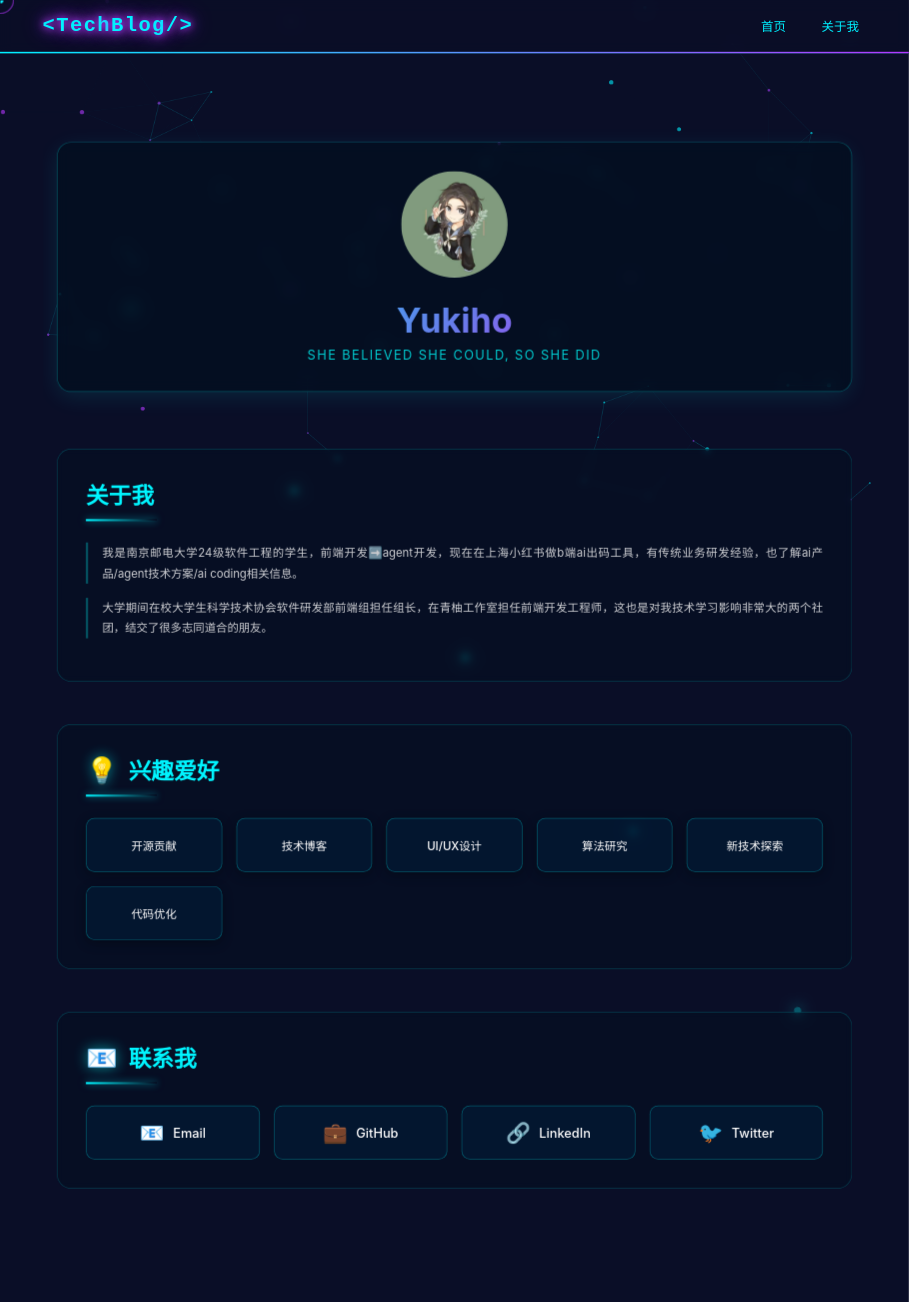
Repository: kyukiho/blog
Page: /about
The author's editor kept a copy of each file at every save. The page is drawn from the files as they stood at one save, then again after the next save.
The browser window is 1280 px wide. The pictures show the whole page, at 71% of full size.
The project was rebuilt for these pictures with package versions that can differ from the ones it lists, and the page was loaded fresh each time. Also part of the build but not shown: vite.config.js, src/components/BlogList.css, src/components/BlogList.jsx, src/components/BlogDetail.css, src/components/BlogDetail.jsx.

Above is the page before, as saved 2026-03-15 22:03:08.

### index.html
<!DOCTYPE html>
<html lang="zh-CN">
  <head>
    <meta charset="UTF-8" />
    <link rel="icon" type="image/svg+xml" href="/vite.svg" />
    <meta name="viewport" content="width=device-width, initial-scale=1.0" />
    <title>科技博客 - Tech Blog</title>
  </head>
  <body>
    <div id="root"></div>
    <script type="module" src="/src/main.jsx"></script>
  </body>
</html>

### src/App.jsx
import React, { useState, useEffect } from 'react'
import { BrowserRouter as Router, Routes, Route } from 'react-router-dom'
import { motion } from 'framer-motion'
import Header from './components/Header'
import BlogList from './components/BlogList'
import BlogDetail from './components/BlogDetail'
import About from './components/About'
import ParticleBackground from './components/ParticleBackground'
import MouseFollower from './components/MouseFollower'
import './App.css'

function App() {
  return (
    <Router>
      <div className="app">
        <ParticleBackground />
        <MouseFollower />
        <Header />
        <motion.main
          initial={{ opacity: 0 }}
          animate={{ opacity: 1 }}
          transition={{ duration: 0.5 }}
          className="main-content"
        >
          <Routes>
            <Route path="/" element={<BlogList />} />
            <Route path="/blog/:id" element={<BlogDetail />} />
            <Route path="/about" element={<About />} />
          </Routes>
        </motion.main>
      </div>
    </Router>
  )
}

export default App

### src/index.css
* {
  margin: 0;
  padding: 0;
  box-sizing: border-box;
}

:root {
  --bg-primary: #0a0e27;
  --bg-secondary: #151932;
  --text-primary: #e0e6ff;
  --text-secondary: #a0a8cc;
  --accent-cyan: #00f0ff;
  --accent-purple: #b537ff;
  --accent-pink: #ff006e;
  --gradient-1: linear-gradient(135deg, #00f0ff 0%, #b537ff 100%);
  --gradient-2: linear-gradient(135deg, #b537ff 0%, #ff006e 100%);
}

body {
  font-family: -apple-system, BlinkMacSystemFont, 'Segoe UI', 'Roboto', 'Oxygen',
    'Ubuntu', 'Cantarell', 'Fira Sans', 'Droid Sans', 'Helvetica Neue',
    sans-serif;
  -webkit-font-smoothing: antialiased;
  -moz-osx-font-smoothing: grayscale;
  background-color: var(--bg-primary);
  color: var(--text-primary);
  overflow-x: hidden;
}

code {
  font-family: source-code-pro, Menlo, Monaco, Consolas, 'Courier New',
    monospace;
}

a {
  color: var(--accent-cyan);
  text-decoration: none;
  transition: color 0.3s ease;
}

a:hover {
  color: var(--accent-purple);
}

/* Scrollbar Styling */
::-webkit-scrollbar {
  width: 10px;
}

::-webkit-scrollbar-track {
  background: var(--bg-secondary);
}

::-webkit-scrollbar-thumb {
  background: var(--accent-purple);
  border-radius: 5px;
}

::-webkit-scrollbar-thumb:hover {
  background: var(--accent-cyan);
}

/* Selection */
::selection {
  background: var(--accent-purple);
  color: white;
}

/* Code Highlighting */
.hljs {
  background: var(--bg-secondary) !important;
  padding: 1.5rem !important;
  border-radius: 10px;
  overflow-x: auto;
}

### src/components/Header.jsx
import React from 'react'
import { Link } from 'react-router-dom'
import { motion } from 'framer-motion'
import './Header.css'

const Header = () => {
  return (
    <motion.header
      className="header"
      initial={{ y: -100 }}
      animate={{ y: 0 }}
      transition={{ duration: 0.5, type: 'spring' }}
    >
      <div className="header-content">
        <Link to="/" className="logo">
          <motion.span
            className="logo-text glow"
            whileHover={{ scale: 1.05 }}
            whileTap={{ scale: 0.95 }}
          >
            &lt;Tech<span className="logo-accent">Blog</span>/&gt;
          </motion.span>
        </Link>
        <nav className="nav">
          <motion.div
            whileHover={{ scale: 1.1 }}
            whileTap={{ scale: 0.9 }}
          >
            <Link to="/" className="nav-link">首页</Link>
          </motion.div>
          <motion.div
            whileHover={{ scale: 1.1 }}
            whileTap={{ scale: 0.9 }}
          >
            <Link to="/about" className="nav-link">关于我</Link>
          </motion.div>
        </nav>
      </div>
      <div className="header-line"></div>
    </motion.header>
  )
}

export default Header

### src/components/About.jsx
import React, { useState } from 'react'
import { motion } from 'framer-motion'
import './About.css'

const About = () => {

  const containerVariants = {
    hidden: { opacity: 0 },
    visible: {
      opacity: 1,
      transition: {
        staggerChildren: 0.2
      }
    }
  }

  const itemVariants = {
    hidden: { x: -50, opacity: 0 },
    visible: {
      x: 0,
      opacity: 1,
      transition: {
        type: 'spring',
        stiffness: 100
      }
    }
  }


  return (
    <div className="about-container">
      <motion.div
        className="about-content"
        variants={containerVariants}
        initial="hidden"
        animate="visible"
      >
        {/* 个人简介卡片 */}
        <motion.div className="profile-card" variants={itemVariants}>
          <motion.div
            className="profile-avatar"
            whileHover={{ scale: 1.1, rotate: 360 }}
            transition={{ duration: 0.5 }}
          >
            <img
              src="/imgs/touxiang.jpg"
              alt="头像"
              className="avatar-img"
              style={{ width: '100%', height: '100%', borderRadius: '50%' }}
            />
          </motion.div>
          <h1 className="profile-name">
            <motion.span
              initial={{ opacity: 0, y: 20 }}
              animate={{ opacity: 1, y: 0 }}
              transition={{ delay: 0.3 }}
            >
              Yukiho
            </motion.span>
          </h1>
          <p className="profile-title">She believed she could, so she did</p>
        </motion.div>

        {/* 关于我 */}
        <motion.section className="about-section" variants={itemVariants}>
          <h2 className="section-title">
            关于我
          </h2>
          <div className="about-text">
            <p>
              我是南京邮电大学24级软件工程的学生，前端开发➡️agent开发，现在在上海小红书做b端ai出码工具，有传统业务研发经验，也了解ai产品/agent技术方案/ai coding相关信息。
            </p>
            <p>
              大学期间在校大学生科学技术协会软件研发部前端组担任组长，在青柚工作室担任前端开发工程师，这也是对我技术学习影响非常大的两个社团，结交了很多志同道合的朋友。
            </p>
          </div>
        </motion.section>

        {/* 兴趣爱好 */}
        <motion.section className="interests-section" variants={itemVariants}>
          <h2 className="section-title">
            <span className="title-icon">💡</span>
            兴趣爱好
          </h2>
          <div className="interests-grid">
            {['开源贡献', '技术博客', 'UI/UX设计', '算法研究', '新技术探索', '代码优化'].map((interest, index) => (
              <motion.div
                key={interest}
                className="interest-card"
                whileHover={{
                  scale: 1.1,
                  rotate: [0, -5, 5, 0],
                  transition: { duration: 0.3 }
                }}
                initial={{ opacity: 0, scale: 0 }}
                animate={{ opacity: 1, scale: 1 }}
                transition={{ delay: 0.5 + index * 0.1 }}
              >
                <span>{interest}</span>
              </motion.div>
            ))}
          </div>
        </motion.section>

        {/* 联系方式 */}
        <motion.section className="contact-section" variants={itemVariants}>
          <h2 className="section-title">
            <span className="title-icon">📧</span>
            联系我
          </h2>
          <div className="contact-links">
            {[
              { icon: '📧', text: 'Email', href: 'mailto:example@email.com' },
              { icon: '💼', text: 'GitHub', href: 'https://github.com' },
              { icon: '🔗', text: 'LinkedIn', href: 'https://linkedin.com' },
              { icon: '🐦', text: 'Twitter', href: 'https://twitter.com' }
            ].map((link, index) => (
              <motion.a
                key={link.text}
                href={link.href}
                className="contact-link"
                whileHover={{ scale: 1.15, y: -5 }}
                whileTap={{ scale: 0.95 }}
                initial={{ opacity: 0, y: 20 }}
                animate={{ opacity: 1, y: 0 }}
                transition={{ delay: 0.7 + index * 0.1 }}
              >
                <span className="contact-icon">{link.icon}</span>
                <span className="contact-text">{link.text}</span>
              </motion.a>
            ))}
          </div>
        </motion.section>
      </motion.div>

      {/* 装饰性动画元素 */}
      <div className="decorative-elements">
        {[...Array(5)].map((_, i) => (
          <motion.div
            key={i}
            className="floating-element"
            animate={{
              y: [0, -30, 0],
              x: [0, 15, 0],
              rotate: [0, 180, 360]
            }}
            transition={{
              duration: 5 + i,
              repeat: Infinity,
              ease: 'easeInOut',
              delay: i * 0.5
            }}
            style={{
              left: `${10 + i * 20}%`,
              top: `${20 + i * 15}%`
            }}
          />
        ))}
      </div>
    </div>
  )
}

export default About

### src/components/ParticleBackground.jsx
import React, { useEffect, useRef } from 'react'
import './ParticleBackground.css'

const ParticleBackground = () => {
  const canvasRef = useRef(null)

  useEffect(() => {
    const canvas = canvasRef.current
    const ctx = canvas.getContext('2d')
    let animationFrameId
    let particles = []

    // 设置画布大小
    const resizeCanvas = () => {
      canvas.width = window.innerWidth
      canvas.height = window.innerHeight
    }
    resizeCanvas()
    window.addEventListener('resize', resizeCanvas)

    // 粒子类
    class Particle {
      constructor() {
        this.x = Math.random() * canvas.width
        this.y = Math.random() * canvas.height
        this.size = Math.random() * 2 + 1
        this.speedX = Math.random() * 0.5 - 0.25
        this.speedY = Math.random() * 0.5 - 0.25
        this.color = Math.random() > 0.5 ? '#00f0ff' : '#b537ff'
      }

      update() {
        this.x += this.speedX
        this.y += this.speedY

        if (this.x > canvas.width) this.x = 0
        if (this.x < 0) this.x = canvas.width
        if (this.y > canvas.height) this.y = 0
        if (this.y < 0) this.y = canvas.height
      }

      draw() {
        ctx.fillStyle = this.color
        ctx.beginPath()
        ctx.arc(this.x, this.y, this.size, 0, Math.PI * 2)
        ctx.fill()
      }
    }

    // 初始化粒子
    const initParticles = () => {
      particles = []
      const particleCount = Math.floor((canvas.width * canvas.height) / 15000)
      for (let i = 0; i < particleCount; i++) {
        particles.push(new Particle())
      }
    }
    initParticles()

    // 连接粒子
    const connectParticles = () => {
      for (let i = 0; i < particles.length; i++) {
        for (let j = i + 1; j < particles.length; j++) {
          const dx = particles[i].x - particles[j].x
          const dy = particles[i].y - particles[j].y
          const distance = Math.sqrt(dx * dx + dy * dy)

          if (distance < 120) {
            ctx.strokeStyle = `rgba(0, 240, 255, ${1 - distance / 120})`
            ctx.lineWidth = 0.5
            ctx.beginPath()
            ctx.moveTo(particles[i].x, particles[i].y)
            ctx.lineTo(particles[j].x, particles[j].y)
            ctx.stroke()
          }
        }
      }
    }

    // 动画循环
    const animate = () => {
      ctx.clearRect(0, 0, canvas.width, canvas.height)

      particles.forEach(particle => {
        particle.update()
        particle.draw()
      })

      connectParticles()
      animationFrameId = requestAnimationFrame(animate)
    }
    animate()

    return () => {
      window.removeEventListener('resize', resizeCanvas)
      cancelAnimationFrame(animationFrameId)
    }
  }, [])

  return <canvas ref={canvasRef} className="particle-canvas" />
}

export default ParticleBackground

### src/components/MouseFollower.jsx
import React, { useEffect, useRef } from 'react'
import './MouseFollower.css'

const MouseFollower = () => {
  const followerRef = useRef(null)
  const cursorRef = useRef(null)
  const mousePos = useRef({ x: 0, y: 0 })
  const followerPos = useRef({ x: 0, y: 0 })

  useEffect(() => {
    const handleMouseMove = (e) => {
      mousePos.current = { x: e.clientX, y: e.clientY }

      if (cursorRef.current) {
        cursorRef.current.style.left = `${e.clientX}px`
        cursorRef.current.style.top = `${e.clientY}px`
      }
    }

    const animate = () => {
      // 平滑跟随效果
      followerPos.current.x += (mousePos.current.x - followerPos.current.x) * 0.1
      followerPos.current.y += (mousePos.current.y - followerPos.current.y) * 0.1

      if (followerRef.current) {
        followerRef.current.style.left = `${followerPos.current.x}px`
        followerRef.current.style.top = `${followerPos.current.y}px`
      }

      requestAnimationFrame(animate)
    }

    window.addEventListener('mousemove', handleMouseMove)
    animate()

    // 鼠标悬停在可点击元素上时的效果
    const handleMouseEnter = () => {
      if (followerRef.current) {
        followerRef.current.style.transform = 'translate(-50%, -50%) scale(1.5)'
      }
    }

    const handleMouseLeave = () => {
      if (followerRef.current) {
        followerRef.current.style.transform = 'translate(-50%, -50%) scale(1)'
      }
    }

    const clickableElements = document.querySelectorAll('a, button, .blog-card')
    clickableElements.forEach(el => {
      el.addEventListener('mouseenter', handleMouseEnter)
      el.addEventListener('mouseleave', handleMouseLeave)
    })

    return () => {
      window.removeEventListener('mousemove', handleMouseMove)
      clickableElements.forEach(el => {
        el.removeEventListener('mouseenter', handleMouseEnter)
        el.removeEventListener('mouseleave', handleMouseLeave)
      })
    }
  }, [])

  return (
    <>
      <div ref={cursorRef} className="mouse-cursor"></div>
      <div ref={followerRef} className="mouse-follower"></div>
    </>
  )
}

export default MouseFollower

### src/App.css
.app {
  min-height: 100vh;
  position: relative;
}

.main-content {
  position: relative;
  z-index: 10;
  max-width: 1200px;
  margin: 0 auto;
  padding: 100px 20px 50px;
}

/* Glowing effect */
.glow {
  animation: glow 2s ease-in-out infinite alternate;
}

@keyframes glow {
  from {
    text-shadow: 0 0 5px #00f0ff, 0 0 10px #00f0ff, 0 0 15px #00f0ff;
  }
  to {
    text-shadow: 0 0 10px #b537ff, 0 0 20px #b537ff, 0 0 30px #b537ff;
  }
}

/* Hover effects */
.hover-lift {
  transition: transform 0.3s ease, box-shadow 0.3s ease;
}

.hover-lift:hover {
  transform: translateY(-5px);
  box-shadow: 0 10px 30px rgba(181, 55, 255, 0.3);
}

### src/components/Header.css
.header {
  position: fixed;
  top: 0;
  left: 0;
  right: 0;
  z-index: 1000;
  background: rgba(10, 14, 39, 0.8);
  backdrop-filter: blur(10px);
  border-bottom: 1px solid rgba(0, 240, 255, 0.2);
}

.header-content {
  max-width: 1200px;
  margin: 0 auto;
  padding: 20px;
  display: flex;
  justify-content: space-between;
  align-items: center;
}

.logo-text {
  font-size: 1.8rem;
  font-weight: 700;
  font-family: 'Courier New', monospace;
  letter-spacing: 2px;
}

.logo-accent {
  color: var(--accent-cyan);
}

.nav {
  display: flex;
  gap: 30px;
}

.nav-link {
  font-size: 1.1rem;
  font-weight: 500;
  position: relative;
  padding: 5px 10px;
}

.nav-link::after {
  content: '';
  position: absolute;
  bottom: 0;
  left: 0;
  width: 0;
  height: 2px;
  background: var(--gradient-1);
  transition: width 0.3s ease;
}

.nav-link:hover::after {
  width: 100%;
}

.header-line {
  height: 2px;
  background: var(--gradient-1);
  width: 0;
  animation: expandLine 1s ease-out 0.5s forwards;
}

@keyframes expandLine {
  to {
    width: 100%;
  }
}

### src/components/ParticleBackground.css
.particle-canvas {
  position: fixed;
  top: 0;
  left: 0;
  width: 100%;
  height: 100%;
  z-index: 1;
  pointer-events: none;
  opacity: 0.6;
}

### src/components/MouseFollower.css
.mouse-cursor {
  position: fixed;
  width: 10px;
  height: 10px;
  border-radius: 50%;
  background: var(--accent-cyan);
  pointer-events: none;
  z-index: 9999;
  transform: translate(-50%, -50%);
  mix-blend-mode: screen;
  transition: width 0.3s, height 0.3s;
}

.mouse-follower {
  position: fixed;
  width: 40px;
  height: 40px;
  border: 2px solid var(--accent-purple);
  border-radius: 50%;
  pointer-events: none;
  z-index: 9998;
  transform: translate(-50%, -50%);
  transition: transform 0.3s ease;
  opacity: 0.5;
}

/* 隐藏默认光标 */
body,
a,
button,
.blog-card {
  cursor: none !important;
}

Loaded but not shown: src/main.jsx (common file); src/components/About.css (380 lines, source omitted)

After the next save:
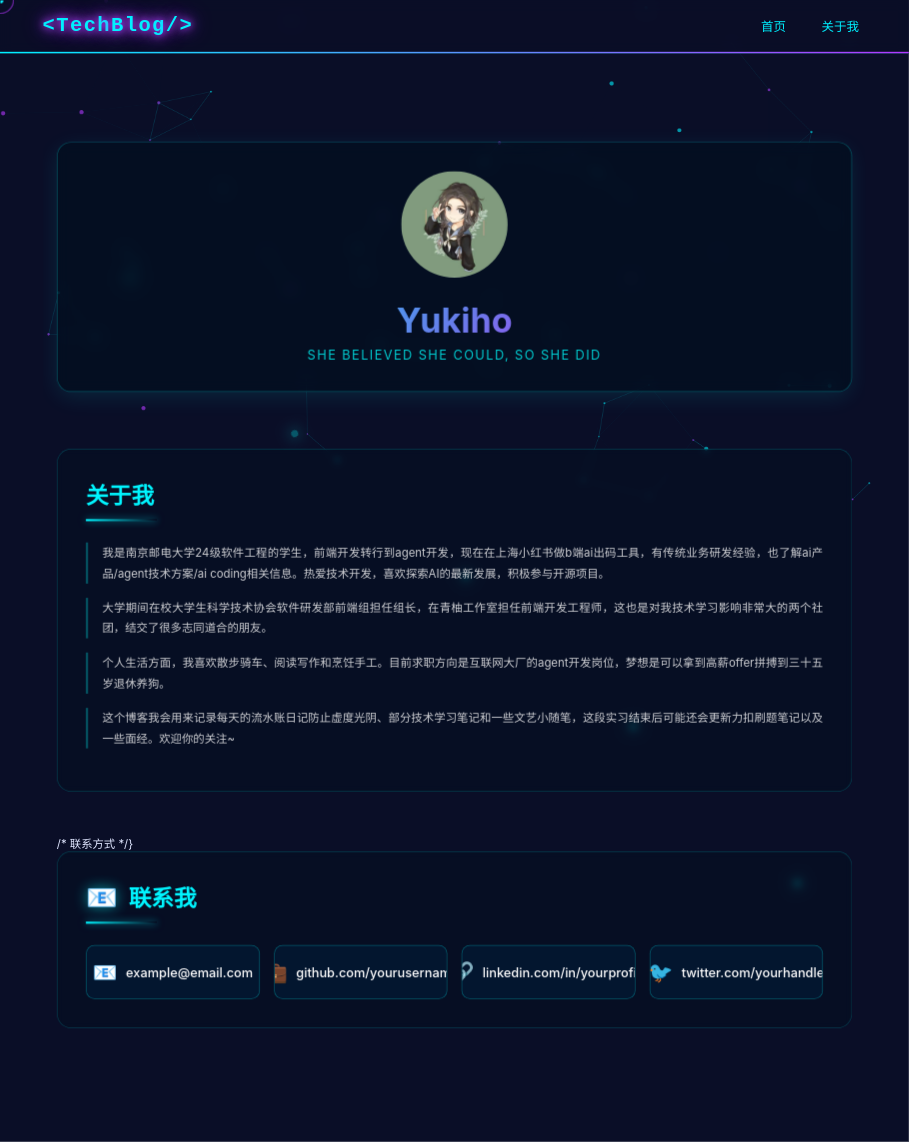
Saved 9 min 42 s later.
--- a/src/components/About.jsx
+++ b/src/components/About.jsx
@@ -68,72 +68,54 @@ const About = () => {
           </h2>
           <div className="about-text">
             <p>
-              我是南京邮电大学24级软件工程的学生，前端开发➡️agent开发，现在在上海小红书做b端ai出码工具，有传统业务研发经验，也了解ai产品/agent技术方案/ai coding相关信息。
+              我是南京邮电大学24级软件工程的学生，前端开发转行到agent开发，现在在上海小红书做b端ai出码工具，有传统业务研发经验，也了解ai产品/agent技术方案/ai coding相关信息。热爱技术开发，喜欢探索AI的最新发展，积极参与开源项目。
             </p>
             <p>
               大学期间在校大学生科学技术协会软件研发部前端组担任组长，在青柚工作室担任前端开发工程师，这也是对我技术学习影响非常大的两个社团，结交了很多志同道合的朋友。
             </p>
+            <p>
+              个人生活方面，我喜欢散步骑车、阅读写作和烹饪手工。目前求职方向是互联网大厂的agent开发岗位，梦想是可以拿到高薪offer拼搏到三十五岁退休养狗。
+            </p>
+            <p>
+              这个博客我会用来记录每天的流水账日记防止虚度光阴、部分技术学习笔记和一些文艺小随笔，这段实习结束后可能还会更新力扣刷题笔记以及一些面经。欢迎你的关注~
+            </p>
           </div>
         </motion.section>
 
-        {/* 兴趣爱好 */}
-        <motion.section className="interests-section" variants={itemVariants}>
-          <h2 className="section-title">
-            <span className="title-icon">💡</span>
-            兴趣爱好
-          </h2>
-          <div className="interests-grid">
-            {['开源贡献', '技术博客', 'UI/UX设计', '算法研究', '新技术探索', '代码优化'].map((interest, index) => (
-              <motion.div
-                key={interest}
-                className="interest-card"
-                whileHover={{
-                  scale: 1.1,
-                  rotate: [0, -5, 5, 0],
-                  transition: { duration: 0.3 }
-                }}
-                initial={{ opacity: 0, scale: 0 }}
-                animate={{ opacity: 1, scale: 1 }}
-                transition={{ delay: 0.5 + index * 0.1 }}
-              >
-                <span>{interest}</span>
+        /* 联系方式 */}
+          <motion.section className="contact-section" variants={itemVariants}>
+            <h2 className="section-title">
+              <span className="title-icon">📧</span>
+              联系我
+            </h2>
+            <div className="contact-links">
+              {[
+                { icon: '📧', text: 'example@email.com', href: 'mailto:example@email.com' },
+                { icon: '💼', text: 'github.com/yourusername', href: 'https://github.com/yourusername' },
+                { icon: '🔗', text: 'linkedin.com/in/yourprofile', href: 'https://linkedin.com/in/yourprofile' },
+                { icon: '🐦', text: 'twitter.com/yourhandle', href: 'https://twitter.com/yourhandle' }
+              ].map((link, index) => (
+                <motion.a
+            key={link.text}
+            href={link.href}
+            className="contact-link"
+            whileHover={{ scale: 1.15, y: -5 }}
+            whileTap={{ scale: 0.95 }}
+            initial={{ opacity: 0, y: 20 }}
+            animate={{ opacity: 1, y: 0 }}
+            transition={{ delay: 0.7 + index * 0.1 }}
+            target="_blank"
+            rel="noopener noreferrer"
+                >
+            <span className="contact-icon">{link.icon}</span>
+            <span className="contact-text">{link.text}</span>
+                </motion.a>
+              ))}
+            </div>
+          </motion.section>
               </motion.div>
-            ))}
-          </div>
-        </motion.section>
 
-        {/* 联系方式 */}
-        <motion.section className="contact-section" variants={itemVariants}>
-          <h2 className="section-title">
-            <span className="title-icon">📧</span>
-            联系我
-          </h2>
-          <div className="contact-links">
-            {[
-              { icon: '📧', text: 'Email', href: 'mailto:example@email.com' },
-              { icon: '💼', text: 'GitHub', href: 'https://github.com' },
-              { icon: '🔗', text: 'LinkedIn', href: 'https://linkedin.com' },
-              { icon: '🐦', text: 'Twitter', href: 'https://twitter.com' }
-            ].map((link, index) => (
-              <motion.a
-                key={link.text}
-                href={link.href}
-                className="contact-link"
-                whileHover={{ scale: 1.15, y: -5 }}
-                whileTap={{ scale: 0.95 }}
-                initial={{ opacity: 0, y: 20 }}
-                animate={{ opacity: 1, y: 0 }}
-                transition={{ delay: 0.7 + index * 0.1 }}
-              >
-                <span className="contact-icon">{link.icon}</span>
-                <span className="contact-text">{link.text}</span>
-              </motion.a>
-            ))}
-          </div>
-        </motion.section>
-      </motion.div>
-
-      {/* 装饰性动画元素 */}
+              {/* 装饰性动画元素 */}
       <div className="decorative-elements">
         {[...Array(5)].map((_, i) => (
           <motion.div
